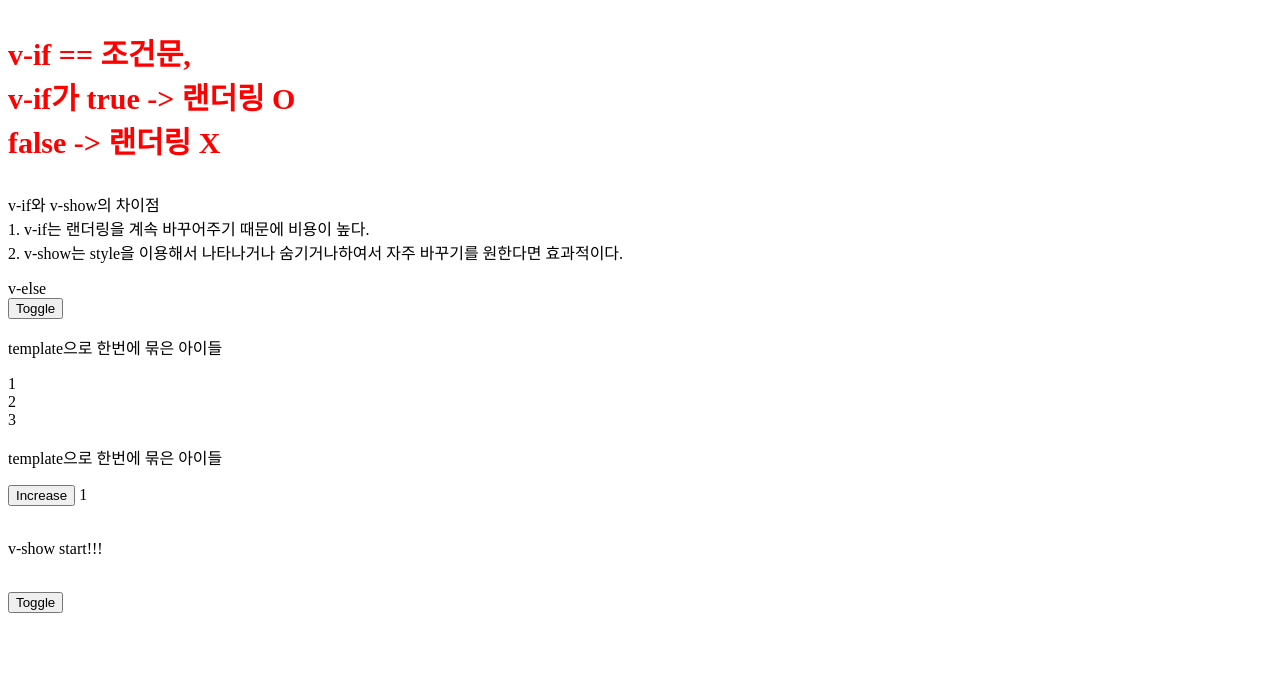
Repository: RyuGeunHwan/code_J
Page: Vuejs/22-08-10 vuejs v-if and v-show.html
The author's editor kept a copy of each file at every save. The page is drawn from the files as they stood at one save, then again after the next save.
The browser window is 1280 px wide. The pictures show the whole page.

Above is the page before, as saved 2022-08-10 10:21:00.

### Vuejs/22-08-10 vuejs v-if and v-show.html
<!DOCTYPE html>
<html lang="en">
<head>
    <meta charset="UTF-8">
    <meta http-equiv="X-UA-Compatible" content="IE=edge">
    <meta name="viewport" content="width=device-width, initial-scale=1.0">
    <title>v-if & v-show</title>
    <script src="https://cdn.jsdelivr.net/npm/vue/dist/vue.js"></script>
</head>
<body>
    <div id="app">
        <p :style="styleObject">v-if == 조건문, <br> v-if가 true -> 랜더링 O <br> false -> 랜더링 X</p>
        <p>v-if와 v-show의 차이점 <br>
            1. v-if는 랜더링을 계속 바꾸어주기 때문에 비용이 높다. <br>
            2. v-show는 style을 이용해서 나타나거나 숨기거나하여서 자주 바꾸기를 원한다면 효과적이다.
        </p>

        <div v-if="show">v-if => true</div>
        <div v-else>v-else</div>
        <button @click="toggleShow">Toggle</button>

        <!-- 여러개의 태그를 한번에 없애고 나타나게 하는 방법 -->
        <template v-if="number === 1">
        <p>template으로 한번에 묶은 아이들</p>
        <div>1</div>
        <div>2</div>
        <div>3</div>
        <p>template으로 한번에 묶은 아이들</p>
        </template>
        <!-- 여러개의 태그를 한번에 없애고 나타나게 하는 방법 -->
        <div v-else-if="number === 2">number 2</div>
        <div v-else>No</div>
        <button @click="increaseNumber">Increase</button> {{number}}





        <br>
        <br>
        <p>v-show start!!!</p>
        <div v-show="show">Yes</div>
        <br>
        <button @click="toggle">Toggle</button>
    </div>
    <script>
        new Vue({
            el: '#app',
            data:{
                show: false,
                number: 1,
                styleObject:{
                    fontSize: '30px',
                    color: 'red',
                    fontWeight: 'bold'
                }
            },
            methods:{
                toggleShow(){
                    this.show = !this.show;
                    // !this.show 와 false의 차이점
                    // 1. !this.show는 다시 로드 됨.
                    // 2. false는 값이 변경되어서 값이 false로 고정되어있음.
                },

                increaseNumber(){
                    this.number++;
                },
                toggle(){
                    this.show = !this.show;
                },
            }
        })
    </script>
</body>
</html>

After the next save:
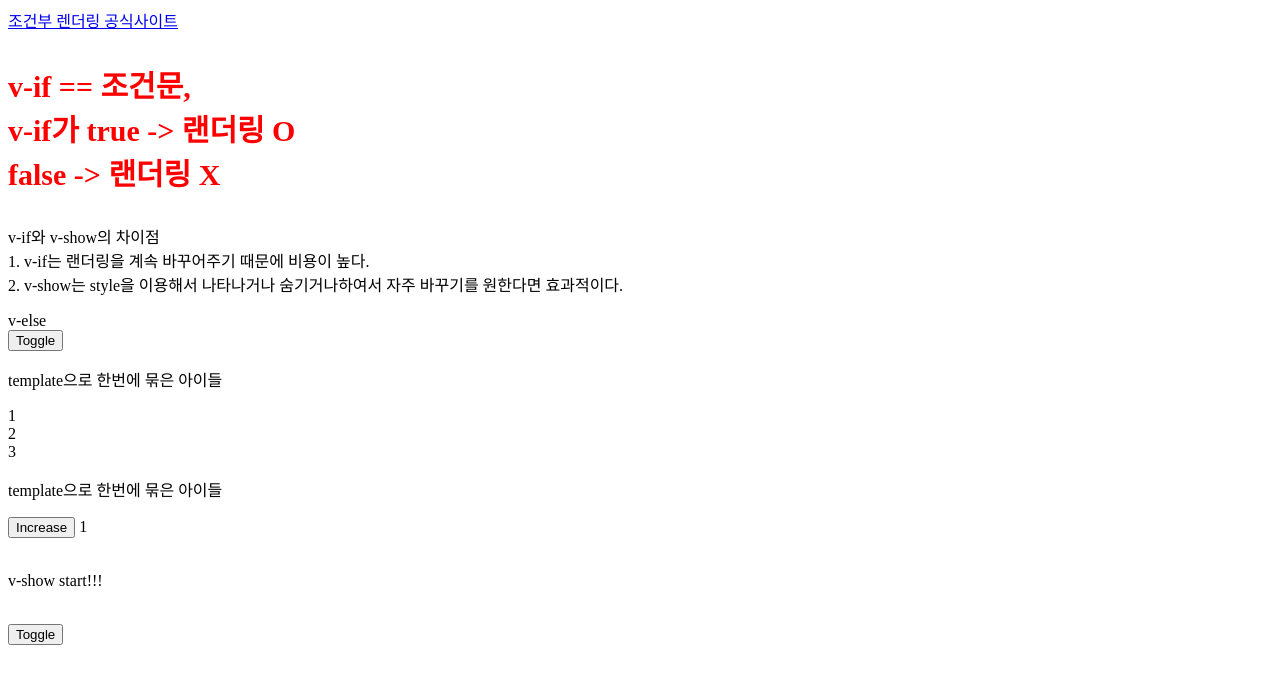
Saved 60 s later.
--- a/Vuejs/22-08-10 vuejs v-if and v-show.html
+++ b/Vuejs/22-08-10 vuejs v-if and v-show.html
@@ -9,6 +9,7 @@
 </head>
 <body>
     <div id="app">
+        <a href="https://kr.vuejs.org/v2/guide/conditional.html">조건부 렌더링 공식사이트</a>
         <p :style="styleObject">v-if == 조건문, <br> v-if가 true -> 랜더링 O <br> false -> 랜더링 X</p>
         <p>v-if와 v-show의 차이점 <br>
             1. v-if는 랜더링을 계속 바꾸어주기 때문에 비용이 높다. <br>
